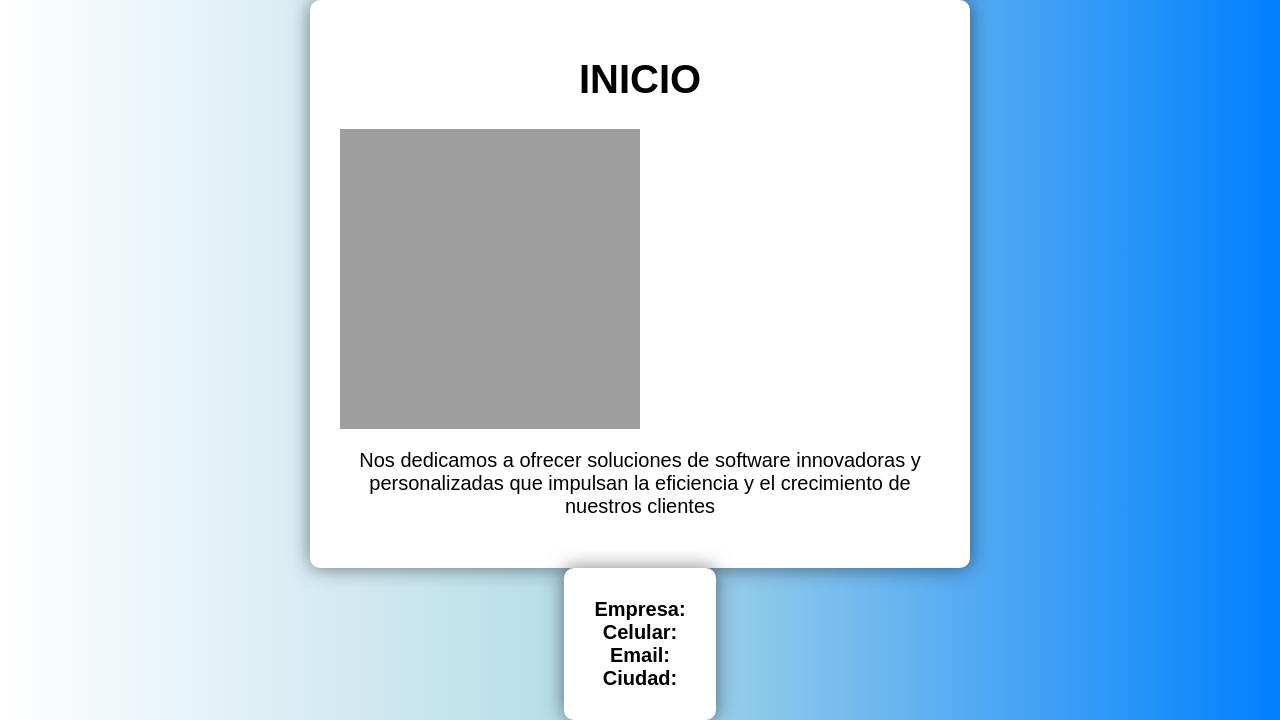
Repository: ANGELEDU141/TAREAWEBEWJASJDASJ
Page: http://localhost/JAVAWEBTAREA/WEB-INF/views/bienvenido.jsp
These files come from the project's save history. The page is drawn as it stood at one moment and after a run of saves; the edit follows.
The browser window is 1280 px wide. The pictures show the whole page.
Pictures or frames that could not be fetched are drawn as grey boxes. The page is served by Tomcat 9. Nobody is signed in. Other server files are loaded and not shown. The template is opened directly, without the code that normally fills it, so the values that code supplies are empty.

Above is the page before, as saved 2024-09-01 04:47:52.

### JAVAWEBTAREA/src/main/webapp/WEB-INF/views/bienvenido.jsp
<%@ page language="java" contentType="text/html; charset=UTF-8"
    pageEncoding="UTF-8"%>
<!DOCTYPE html>
<html>
<head>
<meta charset="UTF-8">
<title>INICIO</title>
<style>
    body {
        margin: 0;
        padding: 0;
        height: 100vh;
        display: flex;
         flex-direction: column;
        justify-content: center; /* Centra horizontalmente */
        align-items: center; /* Centra verticalmente */
        font-family: Arial, sans-serif;
		background: linear-gradient(to right, rgb(255, 255, 255), rgb(173, 216, 230), rgb(0, 128, 255));

    }
    .container {

        max-width: 600px;
        padding: 30px;
        display:flex;
       flex-direction: column;
        background-color: white;
        box-shadow: 0px 0px 20px rgba(0, 0, 0, 0.5);
        text-align: center;
        border-radius: 10px;
        font-size: 20px;

    }
       .contac {

        max-width: 600px;
        padding: 30px;
 		border: 20px;
        background-color: white;
        box-shadow: 0px 0px 20px rgba(0, 0, 0, 0.5);
        text-align: center;
        border-radius: 10px;
        font-size: 20px;}

    }
</style>
</head>
<body>
    <div class="container">
        <h1>INICIO</h1>
        <img  width="300" height="300" src="https://static.vecteezy.com/system/resources/previews/008/214/517/non_2x/abstract-geometric-logo-or-infinity-line-logo-for-your-company-free-vector.jpg">
        <p> Nos dedicamos a ofrecer soluciones de software innovadoras y personalizadas que impulsan la eficiencia y el crecimiento de nuestros clientes </p>
    </div>

    	<div  class="contac">

	<b> Empresa:</b> ${empresa}<br>
	<b> Celular:</b> ${celular}<br>
	<b> Email:</b> ${email}<br>
	<b> Ciudad:</b> ${ciudad}


	</div>
</body>

After the next 2 saves:
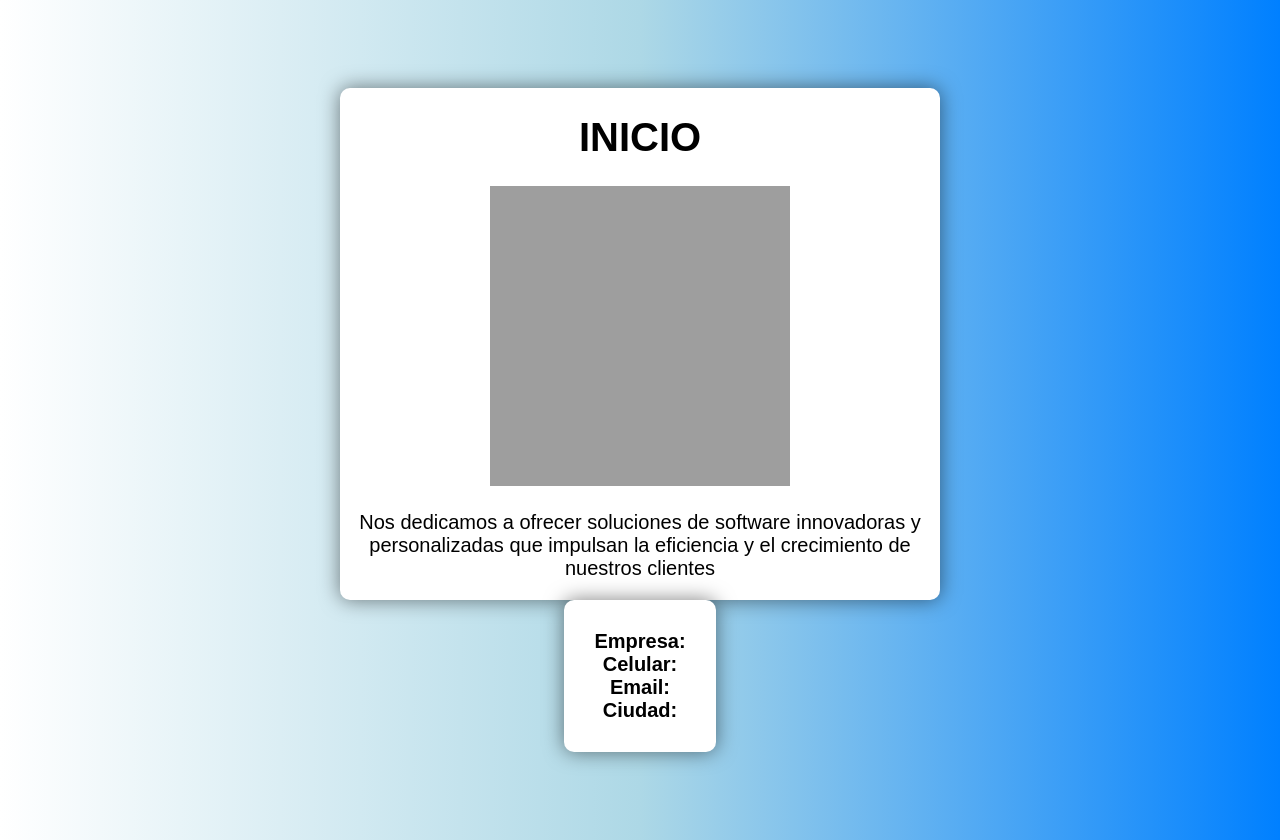
The 2 saves are shown as one change because they came seconds apart.
The last was saved 30 s later.
--- a/JAVAWEBTAREA/src/main/webapp/WEB-INF/views/bienvenido.jsp
+++ b/JAVAWEBTAREA/src/main/webapp/WEB-INF/views/bienvenido.jsp
@@ -8,7 +8,7 @@
 <style>
     body {
         margin: 0;
-        padding: 0;
+        padding: 60px;
         height: 100vh;
         display: flex;
          flex-direction: column;
@@ -21,9 +21,7 @@
     .container {
 
         max-width: 600px;
-        padding: 30px;
-        display:flex;
-       flex-direction: column;
+
         background-color: white;
         box-shadow: 0px 0px 20px rgba(0, 0, 0, 0.5);
         text-align: center;
